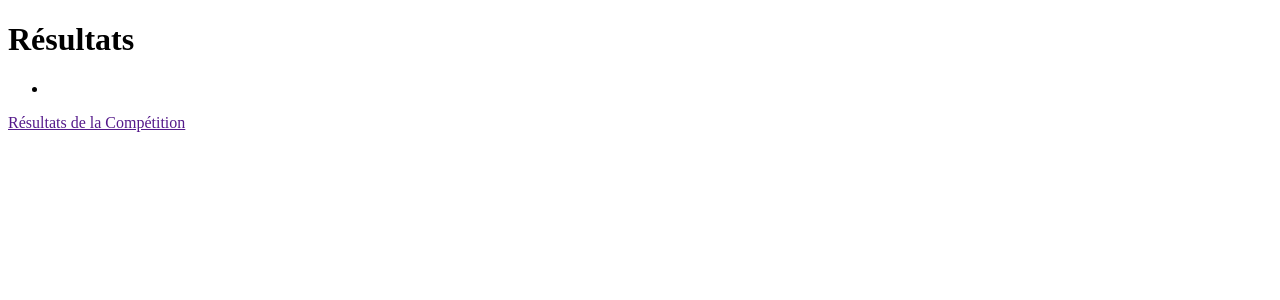
Repository: Mini-T/git-eval
Page: competition_1_result.html
An editor plug-in stored every save of this project. The page is shown before and after the next save, followed by the edit.
The browser window is 1280 px wide. The pictures show the whole page.

Above is the page before, as saved 2022-09-28 13:41:10.

### competition_1_result.html
<!DOCTYPE html>
<html lang="en">
<head>
    <meta charset="UTF-8">
    <meta http-equiv="X-UA-Compatible" content="IE=edge">
    <meta name="viewport" content="width=device-width, initial-scale=1.0">
    <title>Document</title>
</head>
<body>
    <main>
        <div class="header">
            <h1>
                Résultats
            </h1>
        </div>
        <div class="introduction">
            <p>

            </p>
        </div>
        <div class="participants">
            <ul>
                <li>

                </li>
            </ul>
        </div>
        <div class="date-lieu"></div>
        <div class="results">
            <a href="">Résultats de la Compétition</a>
        </div>
    </main>
</body>
</html>

After the next save:
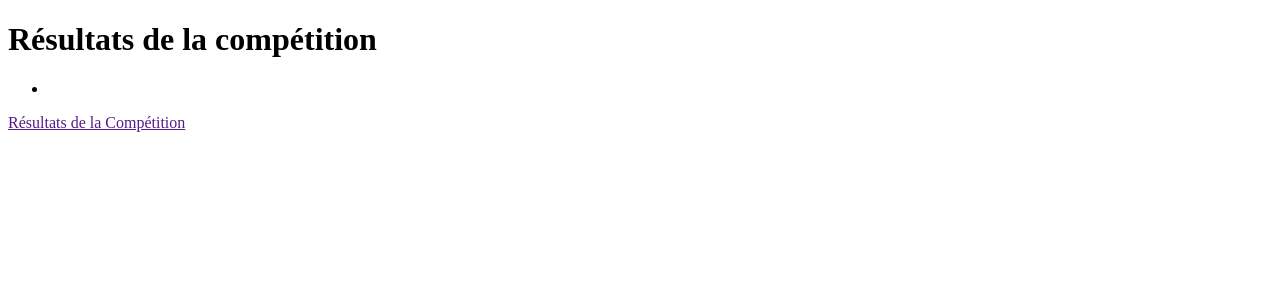
Saved 7 s later.
--- a/competition_1_result.html
+++ b/competition_1_result.html
@@ -10,7 +10,7 @@
     <main>
         <div class="header">
             <h1>
-                Résultats
+                Résultats de la compétition
             </h1>
         </div>
         <div class="introduction">
